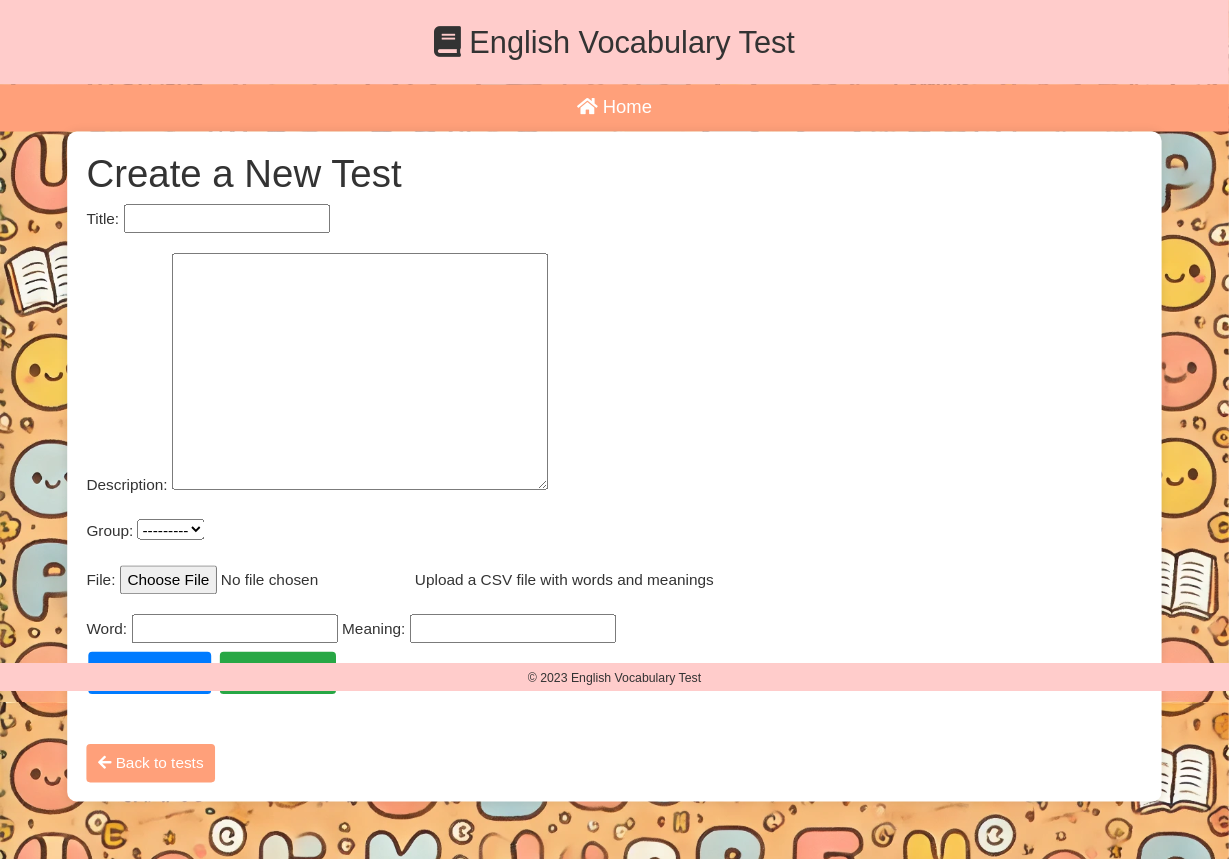
Repository: YamatoGH/testapp
Page: http://localhost/create-test/
An editor plug-in stored every save of this project. The page is shown before and after the next save, followed by the edit.
The browser window is 1280 px wide. The pictures show the whole page, at 96% of full size.
Backgrounds fixed to the window are drawn as part of the page. The page is served by the project's application, run on Django 5.2 (manage.py). Other server files are loaded and not shown. The page reads the database file committed with the project.

Above is the page before, as saved 2024-07-31 21:17:37.

### testapp/templates/testapp/create_test.html
{% extends "testapp/base.html" %}

{% block title %}Create Test{% endblock %}

{% block content %}
<h1>Create a New Test</h1>
{% if messages %}
  <ul class="messages">
    {% for message in messages %}
      <li{% if message.tags %} class="{{ message.tags }}"{% endif %}>{{ message }}</li>
    {% endfor %}
  </ul>
{% endif %}
<form method="post" enctype="multipart/form-data">
    {% csrf_token %}
    {{ form.as_p }}
    <div id="word-forms">
        <input type="hidden" name="words" id="id_words">
        <div class="word-form">
            {{ word_form.word.label_tag }} {{ word_form.word }}
            {{ word_form.meaning.label_tag }} {{ word_form.meaning }}
        </div>
    </div>
    <button type="button" id="add-word" class="btn btn-add-words"><i class="fas fa-plus"></i> Add Word</button>
    <button type="submit" class="btn btn-create">Create Test</button>
</form>

<br/>
<br/>
<a href="{% url 'home' %}" class="btn btn-custom"><i class="fas fa-arrow-left"></i> Back to tests</a>

<script>
document.addEventListener('DOMContentLoaded', function() {
    console.log("DOMContentLoaded event fired");

    var formIndex = 1;
    var addButton = document.getElementById('add-word');
    var wordFormsDiv = document.getElementById('word-forms');

    addButton.addEventListener('click', function() {
        console.log("Add Word button clicked");

        var newForm = document.createElement('div');
        newForm.classList.add('word-form');
        newForm.innerHTML = `
            <label for="id_words-${formIndex}-word">Word:</label>
            <input type="text" name="words-${formIndex}-word" maxlength="100" required id="id_words-${formIndex}-word">
            <label for="id_words-${formIndex}-meaning">Meaning:</label>
            <input type="text" name="words-${formIndex}-meaning" maxlength="255" required id="id_words-${formIndex}-meaning">
            <button type="button" class="btn btn-danger remove-word"><i class="fas fa-minus"></i> Remove</button>
        `;
        wordFormsDiv.appendChild(newForm);
        formIndex++;

        newForm.querySelector('.remove-word').addEventListener('click', function() {
            newForm.remove();
        });
    });

    document.querySelector('form').addEventListener('submit', function(event) {
        console.log("Form submit event fired");

        var wordsData = [];
        document.querySelectorAll('.word-form').forEach(function(form) {
            var wordInput = form.querySelector('input[name^="words-"][name$="-word"]');
            var meaningInput = form.querySelector('input[name^="words-"][name$="-meaning"]');
            if (wordInput && meaningInput) {
                var word = wordInput.value;
                var meaning = meaningInput.value;
                if (word && meaning) {
                    wordsData.push(word + ':' + meaning);
                    console.log("Word added to wordsData:", word, meaning); // デバッグ用
                }
            }
        });
        var wordsField = document.getElementById('id_words');
        wordsField.value = wordsData.join(',');
        console.log("Words data to be submitted:", wordsField.value);
    });
});
</script>
{% endblock %}

### testapp/templates/testapp/base.html
<!DOCTYPE html>
<html>
<head>
    {% load static %}
    <title>{% block title %}English Vocabulary Test{% endblock %}</title>
    <link rel="stylesheet" href="https://stackpath.bootstrapcdn.com/bootstrap/4.3.1/css/bootstrap.min.css">
    <link rel="stylesheet" href="https://cdnjs.cloudflare.com/ajax/libs/font-awesome/5.15.3/css/all.min.css">
    <link rel="stylesheet" type="text/css" href="{% static 'testapp/css/style.css' %}">
</head>
<body>
    <header>
        <i class="fas fa-book"></i> English Vocabulary Test
    </header>
    <nav>
        <a href="{% url 'home' %}"><i class="fas fa-home"></i> Home</a>
    </nav>
    <div class="container">
        {% block content %}{% endblock %}
    </div>
    <footer>
        &copy; 2023 English Vocabulary Test
    </footer>
</body>
<script>
    document.addEventListener("DOMContentLoaded", function() {
        var coll = document.getElementsByClassName("collapsible");
        for (var i = 0; i < coll.length; i++) {
            coll[i].addEventListener("click", function() {
                this.classList.toggle("active");
                var content = this.nextElementSibling;
                if (content.style.display === "block") {
                    content.style.display = "none";
                } else {
                    content.style.display = "block";
                }
            });
        }
    });
</script>
</html>

### testapp/forms.py
from django import forms
from .models import Test, Word, Group
from .models import Student

class WordForm(forms.Form):
    word = forms.CharField(label='Word', max_length=100)
    meaning = forms.CharField(label='Meaning', max_length=255)

class TestForm(forms.ModelForm):
    file = forms.FileField(required=False, help_text='Upload a CSV file with words and meanings')
    words = forms.CharField(widget=forms.HiddenInput(), required=False)

    class Meta:
        model = Test
        fields = ['title', 'description', 'group']

    def save(self, commit=True):
        instance = super(TestForm, self).save(commit=False)
        if commit:
            instance.save()
        return instance

class UploadFileForm(forms.Form):
    file = forms.FileField()

class StudentForm(forms.ModelForm):
    class Meta:
        model = Student
        fields = ['name']

class StudentDetailForm(forms.ModelForm):
    class Meta:
        model = Student
        fields = ['name', 'test_group', 'current_test', 'start_index', 'last_index', 'note', 'shuffle']  # shuffleを追加

    shuffle = forms.ChoiceField(
        choices=[('yes', 'Yes'), ('no', 'No')],
        label='Shuffle words',
        initial='no',
        widget=forms.Select(),
        required=True
    )

### testapp/models.py
from django.db import models

class Word(models.Model):
    word = models.CharField(max_length=100)
    meaning = models.CharField(max_length=255)

    def __str__(self):
        return self.word

class Group(models.Model):
    name = models.CharField(max_length=100)

    def __str__(self):
        return self.name

class Test(models.Model):
    title = models.CharField(max_length=100)
    description = models.TextField()
    words = models.ManyToManyField(Word, blank=True)
    group = models.ForeignKey(Group, related_name='tests', on_delete=models.CASCADE, null=True, blank=True)
    file = models.FileField(upload_to='test_files/', null=True, blank=True)

    def __str__(self):
        return self.title

class Student(models.Model):
    name = models.CharField(max_length=100)
    test_group = models.ForeignKey('Group', on_delete=models.SET_NULL, null=True, blank=True)
    current_test = models.ForeignKey('Test', on_delete=models.SET_NULL, null=True, blank=True)
    start_index = models.IntegerField(default=0)
    last_index = models.IntegerField(default=0)
    last_saved = models.DateTimeField(auto_now=True)
    note = models.TextField(blank=True, null=True)
    shuffle = models.CharField(max_length=3, choices=[('yes', 'Yes'), ('no', 'No')], default='no')

    def __str__(self):
        return self.name

### testapp/views.py
from django.shortcuts import render, get_object_or_404, redirect
from django.contrib import messages
from .models import Test, Word, Student, Group
from .forms import TestForm, WordForm, StudentDetailForm
import csv
import io
import random

def home(request):
    groups = Group.objects.all()
    return render(request, 'testapp/home.html', {'groups': groups})

def create_test(request):
    print("create_test view called")  # デバッグ用
    if request.method == 'POST':
        print("POST request received")  # デバッグ用
        form = TestForm(request.POST, request.FILES)
        word_form = WordForm()
        if form.is_valid():
            print("Form is valid")  # デバッグ用
            test = form.save(commit=False)
            if 'file' in request.FILES:
                test.file = request.FILES['file']
            test.save()
            print("Test saved:", test)  # デバッグ用

            # 手動で追加された単語を処理
            words_data = request.POST.get('words')
            print("Words data received:", words_data)  # デバッグ用
            if words_data:
                words_list = words_data.split(',')
                for word_pair in words_list:
                    if word_pair:
                        try:
                            word, meaning = word_pair.split(':')
                            print(f"Processing word: {word}, meaning: {meaning}")  # デバッグ用
                            word_obj, created = Word.objects.get_or_create(word=word.strip(), meaning=meaning.strip())
                            test.words.add(word_obj)
                            print(f"Added word: {word}, meaning: {meaning}")  # デバッグ用
                        except ValueError:
                            messages.error(request, f"Error processing word pair: {word_pair}")
                            print(f"Error processing word pair: {word_pair}")  # デバッグ用

            # ファイルから追加された単語を処理
            if 'file' in request.FILES:
                file = request.FILES['file']
                file_data = file.read().decode("utf-8")
                io_string = io.StringIO(file_data)
                reader = csv.reader(io_string, delimiter=',')
                for row in reader:
                    if len(row) >= 2:
                        word, meaning = row[0], row[1]
                        print(f"Processing word from file: {word}, meaning: {meaning}")  # デバッグ用
                        word_obj, created = Word.objects.get_or_create(word=word.strip(), meaning=meaning.strip())
                        test.words.add(word_obj)
                        print(f"Added word from file: {word}, meaning: {meaning}")  # デバッグ用

            return redirect('test_detail', pk=test.pk)
        else:
            messages.error(request, "Form is not valid")
            print(form.errors)  # デバッグ用
    else:
        form = TestForm()
        word_form = WordForm()
    return render(request, 'testapp/create_test.html', {'form': form, 'word_form': word_form})

def test_detail(request, pk):
    test = get_object_or_404(Test, pk=pk)
    words = test.words.all()
    return render(request, 'testapp/test_detail.html', {'test': test, 'words': words})

def all_tests(request):
    tests = Test.objects.all()
    return render(request, 'testapp/all_tests.html', {'tests': tests})

def print_test(request, pk, start_index, end_index, shuffle):
    test = get_object_or_404(Test, pk=pk)
    words = list(test.words.all())
    if shuffle == 'yes':
        random.shuffle(words)
    words = words[start_index:end_index]
    return render(request, 'testapp/print_test.html', {'test': test, 'words': words})

def print_test_with_answers(request, pk, start_index, end_index, shuffle):
    test = get_object_or_404(Test, pk=pk)
    words = list(test.words.all())
    if shuffle == 'yes':
        random.shuffle(words)
    words = words[start_index:end_index]
    return render(request, 'testapp/print_test_with_answers.html', {'test': test, 'words': words})

def add_student(request):
    if request.method == 'POST':
        form = StudentDetailForm(request.POST)
        if form.is_valid():
            form.save()
            return redirect('student_list')
        else:
            messages.error(request, "Form is not valid")
    else:
        form = StudentDetailForm()
    return render(request, 'testapp/add_student.html', {'form': form})

def student_list(request):
    students = Student.objects.all()
    return render(request, 'testapp/student_list.html', {'students': students})

def student_detail(request, pk):
    student = get_object_or_404(Student, pk=pk)
    if request.method == 'POST':
        form = StudentDetailForm(request.POST, instance=student)
        if form.is_valid():
            form.save()
            messages.success(request, '保存に成功しました。')
            if 'print' in request.POST:
                return redirect('print_test', pk=student.current_test.pk, start_index=form.cleaned_data['start_index'], end_index=form.cleaned_data['last_index'], shuffle=form.cleaned_data['shuffle'])
            else:
                return redirect('student_detail', pk=student.pk)
        else:
            messages.error(request, "Form is not valid")
            print(form.errors)  # デバッグ用
    else:
        form = StudentDetailForm(instance=student)

    return render(request, 'testapp/student_detail.html', {'form': form, 'student': student})

def group_tests(request, pk):
    group = get_object_or_404(Group, pk=pk)
    tests = group.tests.all()
    return render(request, 'testapp/group_tests.html', {'group': group, 'tests': tests})

### vocab_test/urls.py
"""
URL configuration for vocab_test project.

The `urlpatterns` list routes URLs to views. For more information please see:
    https://docs.djangoproject.com/en/5.0/topics/http/urls/
Examples:
Function views
    1. Add an import:  from my_app import views
    2. Add a URL to urlpatterns:  path('', views.home, name='home')
Class-based views
    1. Add an import:  from other_app.views import Home
    2. Add a URL to urlpatterns:  path('', Home.as_view(), name='home')
Including another URLconf
    1. Import the include() function: from django.urls import include, path
    2. Add a URL to urlpatterns:  path('blog/', include('blog.urls'))
"""
from django.contrib import admin
from django.urls import include, path
from django.conf import settings
from django.conf.urls.static import static

urlpatterns = [
    path('admin/', admin.site.urls),
    path('', include('testapp.urls')),
]+ static(settings.MEDIA_URL, document_root=settings.MEDIA_ROOT)

### testapp/urls.py
from django.urls import path
from . import views

urlpatterns = [
    path('', views.home, name='home'),
    path('create-test/', views.create_test, name='create_test'),  # 追加
    path('test/<int:pk>/', views.test_detail, name='test_detail'),
    path('all-tests/', views.all_tests, name='all_tests'),
    path('print-test/<int:pk>/<int:start_index>/<int:end_index>/<str:shuffle>/', views.print_test, name='print_test'),
    path('print-test-with-answers/<int:pk>/<int:start_index>/<int:end_index>/<str:shuffle>/', views.print_test_with_answers, name='print_test_with_answers'),
    path('add-student/', views.add_student, name='add_student'),
    path('students/', views.student_list, name='student_list'),
    path('students/<int:pk>/', views.student_detail, name='student_detail'),
    path('group-tests/<int:pk>/', views.group_tests, name='group_tests'),
]

### testapp/static/testapp/css/style.css
body {
    font-family: 'Comic Sans MS', cursive, sans-serif;
    background-color: #f0f8ff;
    color: #333;
    margin: 0;
    padding: 0;
    background-image: url('/static/testapp/images/background.jpg');
    background-size: cover;
    background-repeat: no-repeat;
    background-attachment: fixed;
    display: flex;
    flex-direction: column;
    min-height: 100vh;
}

header {
    background-color: #ffcccb;
    padding: 20px;
    text-align: center;
    font-size: 2em;
    color: #333;
}

nav {
    background-color: #ffa07a;
    padding: 10px;
    text-align: center;
}

nav a {
    margin: 0 15px;
    color: #fff;
    text-decoration: none;
    font-size: 1.2em;
}

nav a:hover {
    text-decoration: underline;
}

.container {
    flex: 1;
    padding: 20px;
    background-color: rgba(255, 255, 255, 1.0);
    border-radius: 10px;
    box-shadow: 0 0 10px rgba(0, 0, 0, 0.1);
    margin-bottom: 60px;
}

footer {
    background-color: #ffcccb;
    padding: 5px;
    text-align: center;
    font-size: 0.8em;
    position: fixed;
    width: 100%;
    bottom: 0;
}

form .btn-save {
    background-color: #28a745 !important;
    color: white !important;
    padding: 10px 20px !important;
    border: none !important;
    text-align: center !important;
    text-decoration: none !important;
    display: inline-block !important;
    font-size: 16px !important;
    margin: 4px 2px !important;
    transition-duration: 0.4s !important;
    cursor: pointer !important;
}

form .btn-save:hover {
    background-color: white !important;
    color: black !important;
    border: 2px solid #28a745 !important;
}

form .btn-print {
    background-color: #87CEEB !important;
    color: white !important;
    padding: 10px 20px !important;
    border: none !important;
    text-align: center !important;
    text-decoration: none !important;
    display: inline-block !important;
    font-size: 16px !important;
    margin: 4px 2px !important;
    transition-duration: 0.4s !important;
    cursor: pointer !important;
}

form .btn-print:hover {
    background-color: white !important;
    color: black !important;
    border: 2px solid #87CEEB !important;
}

.btn-custom {
    background-color: #ffa07a !important;
    color: white !important;
    padding: 8px 12px !important;
    border: none !important;
    text-align: center !important;
    text-decoration: none !important;
    display: inline-block !important;
    font-size: 16px !important;
    margin: 0 !important;
    transition-duration: 0.4s !important;
    cursor: pointer !important;
    border-radius: 0.25rem !important; /* Bootstrapのデフォルトと一致させる */
}

.btn-custom:hover {
    background-color: white !important;
    color: black !important;
    border: 2px solid #ffa07a !important;
}


.collapsible {
    cursor: pointer;
    padding: 10px;
    width: 100%;
    border: none;
    text-align: center;
    outline: none;
    font-size: 1em;
}

.active, .collapsible:hover {
    background-color: #ddd;
}

.collapsible-content {
    display: none;
    overflow: hidden;
    padding: 0 10px;
}

.fixed-buttons {
    position: fixed !important;
    bottom: 29px !important;
    right: 0px !important;
    display: flex !important;
    flex-direction: row !important;
    gap: 0 !important;
    align-items: center !important;
    z-index: 1000 !important;
    padding: 0 !important;
}

.fixed-buttons .btn-custom {
    background-color: #007bff !important;
    color: white !important;
    padding: 8px 12px !important;
    border-radius: 5px !important;
    text-decoration: none !important;
    box-shadow: 0 2px 5px rgba(0,0,0,0.2) !important;
    transition: background-color 0.3s ease !important;
}

.fixed-buttons .btn-custom:hover {
    background-color: #0056b3 !important;
}

.view-all-students-button,
.all-tests-button,
.create-test-button {
    margin: 0 !important;
}

.form-group {
    display: flex !important;
    align-items: center !important;
}

.form-group button,
.form-group .btn-custom {
    margin-left: 10px !important;
}

.note-field {
    width: 100%;
    max-width: 400px; /* 必要に応じて調整 */
    height: 50px;
}

.alert {
    position: fixed;
    bottom: 5px;
    left: 50%;
    transform: translateX(-50%);
    background-color: #28a745;
    color: white;
    padding: 10px 20px;
    border-radius: 5px;
    box-shadow: 0 2px 5px rgba(0, 0, 0, 0.2);
    z-index: 1000;
    transition: opacity 0.5s ease-out, display 0.5s ease-out;
}

.btn-create {
    background-color: #28a745; /* Green color */
    border: none;
    color: white;
    padding: 10px 20px;
    text-align: center;
    text-decoration: none;
    display: inline-block;
    font-size: 16px;
    margin: 4px 2px;
    transition-duration: 0.4s;
    cursor: pointer;
}

.btn-create:hover {
    background-color: #218838; /* Darker green */
    color: white;
    border: 2px solid #218838;
}

.btn-add-words {
    background-color: #007bff; /* Light blue color */
    border: none;
    color: white;
    padding: 10px 20px;
    text-align: center;
    text-decoration: none;
    display: inline-block;
    font-size: 16px;
    margin: 4px 2px;
    transition-duration: 0.4s;
    cursor: pointer;
}

.btn-add-words:hover {
    background-color: #0056b3; /* Darker blue */
    color: white;
    border: 2px solid #0056b3;
}

### db.sqlite3 (the tables this page reads, as SQL)
CREATE TABLE "testapp_group" ("id" integer NOT NULL PRIMARY KEY AUTOINCREMENT, "name" varchar(100) NOT NULL);
INSERT INTO "testapp_group" VALUES
(3, '5級'),
(5, '4級'),
(6, '3級'),
(7, '2級'),
(8, '1級');

After the next save:
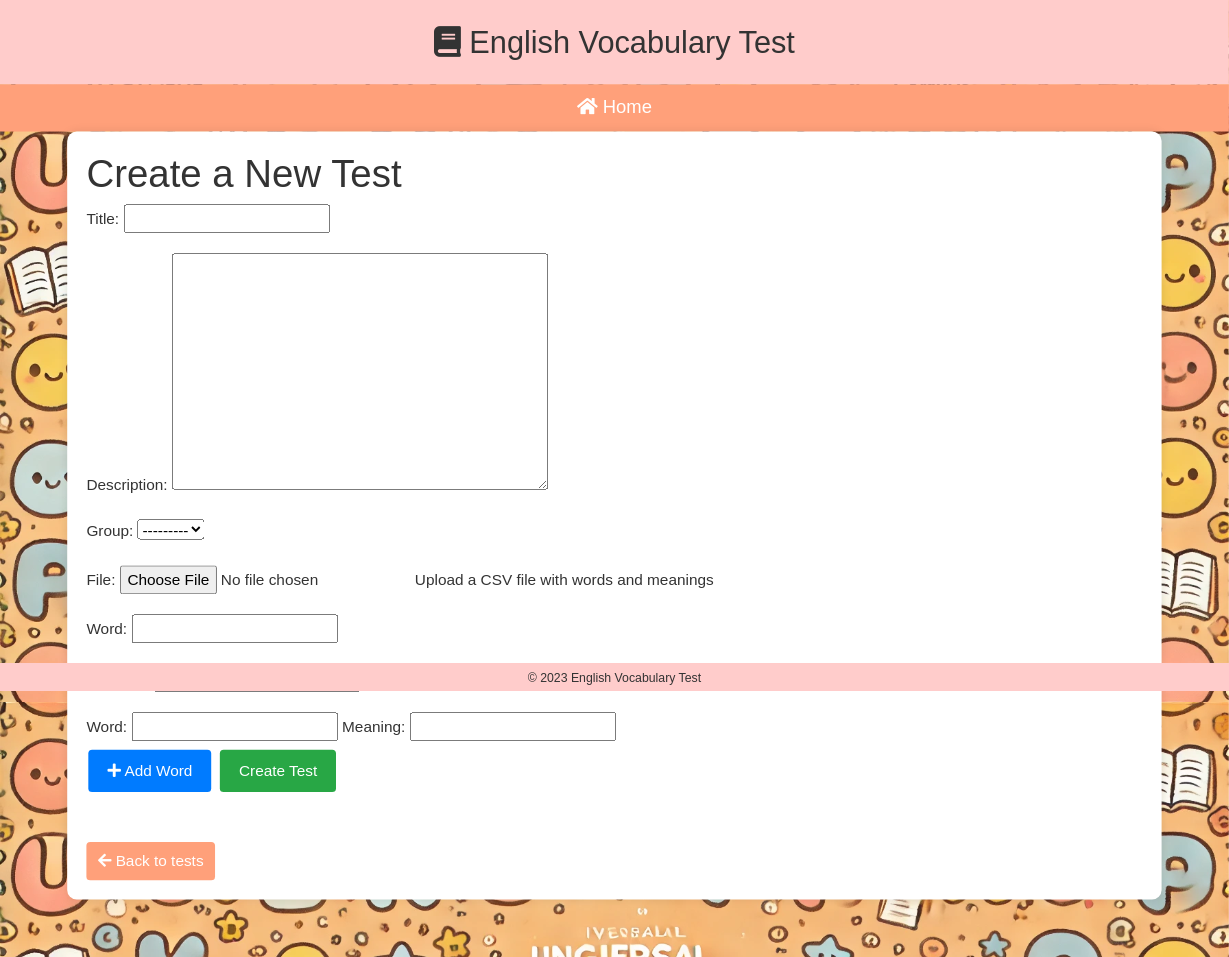
Saved 6 min 50 s later.
--- a/testapp/forms.py
+++ b/testapp/forms.py
@@ -9,10 +9,12 @@ class WordForm(forms.Form):
 class TestForm(forms.ModelForm):
     file = forms.FileField(required=False, help_text='Upload a CSV file with words and meanings')
     words = forms.CharField(widget=forms.HiddenInput(), required=False)
+    word = forms.CharField(label='Word', max_length=100, required=False)
+    meaning = forms.CharField(label='Meaning', max_length=255, required=False)
 
     class Meta:
         model = Test
-        fields = ['title', 'description', 'group']
+        fields = ['title', 'description', 'group', 'file', 'words', 'word', 'meaning']
 
     def save(self, commit=True):
         instance = super(TestForm, self).save(commit=False)
